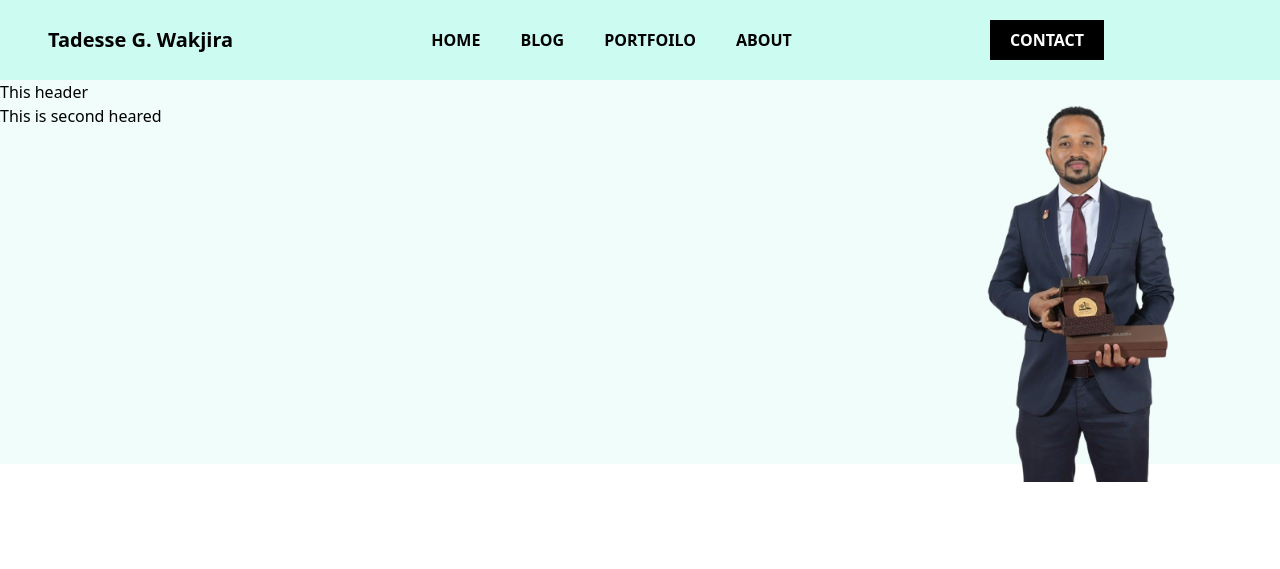
Repository: Elias-Kibret/Tade-portfoilo
Page: /
An editor plug-in stored every save of this project. The page is shown before and after the next save, followed by the edit.
The browser window is 1280 px wide. The pictures show the whole page.
The project was rebuilt for these pictures with package versions that can differ from the ones it lists, and the page was loaded fresh each time. The framework's server and built-in components were replaced by stand-ins that run in the browser. Also part of the build but not shown: next.config.js.

Above is the page before, as saved 2022-06-27 06:59:13.

### pages/index.tsx
import type { NextPage } from 'next'
import Head from 'next/head'
import Image from 'next/image'
import Header from '../components/Header'
import Hero from '../components/Hero'
const Home: NextPage = () => {
  return (
    <div>
      <Head>
        <title>Create Next App</title>
        <link rel="icon" href="/favicon.ico" />
      </Head>
      <Header/>
      <Hero/>
    </div>
  )
}

export default Home

### components/Header.tsx
import Head from "next/head"
import Link from "next/link"
import Image from "next/image"
import Logo from '../public/Img/Tadesse.jpg'
const Header = () => {
  return (
<header className=" bg-teal-100 font-semibold  px-12 py-5">
   <div className="flex justify-between items-center">
      <div className="flex items-center space-x-4">
    <span className="text-xl">Tadesse G. Wakjira</span>
      </div>
      <div className="flex justify-between">
        <nav className="flex list-none space-x-10  hidden md:inline-flex text-black-200">
            <li >
                <Link href="">
                    <a> HOME</a>
                </Link>
            </li>
            <li>
                <Link href="">
                    <a> BLOG</a>
                </Link>
            </li>
            <li>
                <Link href="">
                    <a> PORTFOILO</a>
                </Link>
            </li>
            <li>
                <Link href="">
                    <a> ABOUT</a>
                </Link>
            </li>

        </nav>

      </div>
      <div className="mr-32 bg-black text-white px-5 py-2 rounded-2">
        <Link href=""  >
                    <a> CONTACT</a>
                </Link>
        </div>
    </div>
</header>
  )
}

export default Header

### components/Hero.tsx
import heroImage from '../public/Img/heroImage.png'
import Image from 'next/image'
const Hero = () => {
  return (
<main className="h-96 bg-teal-50 flex justify-between">

    <div className=' w-100'>
      <h1>
        This header
      </h1>
      <h2>
         This is second heared
      </h2>
    </div>
    <div >
      <Image src={heroImage} className="object" width={400} height={400}/>    </div>
</main>
  )
}

export default Hero

Loaded but not shown: pages/_app.tsx (common file); styles/globals.css (common file); tailwind.config.js (common file)

After the next save:
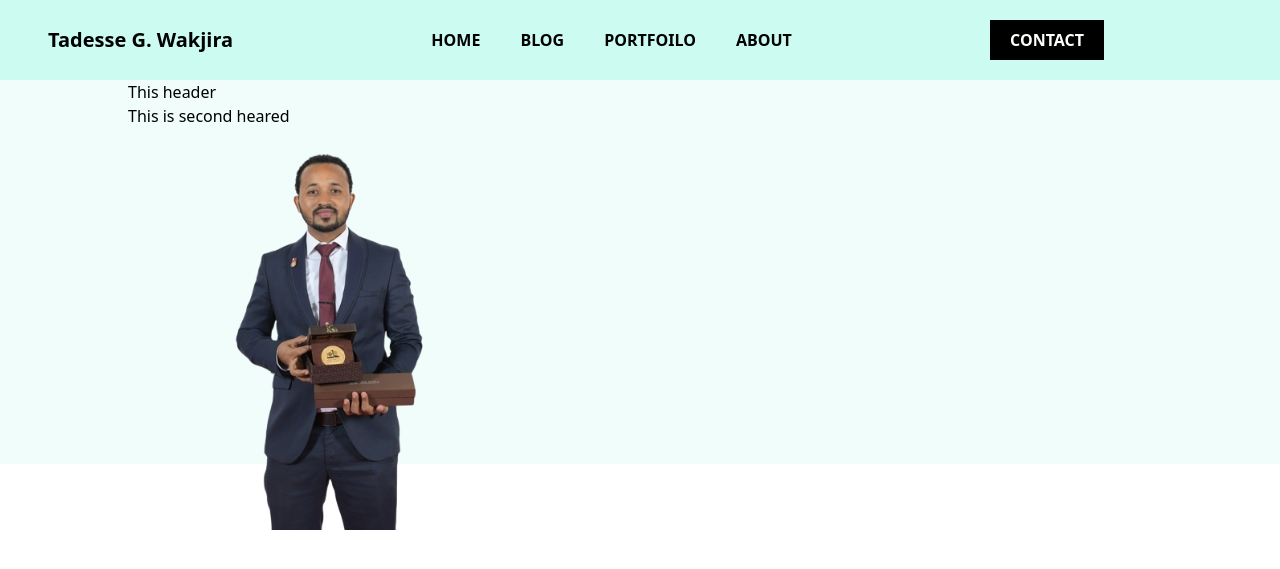
Saved 81 s later.
--- a/components/Hero.tsx
+++ b/components/Hero.tsx
@@ -3,8 +3,8 @@ import Image from 'next/image'
 const Hero = () => {
   return (
 <main className="h-96 bg-teal-50 flex justify-between">
-
-    <div className=' w-100'>
+<div className='w-4/5 mx-auto'>
+<div >
       <h1>
         This header
       </h1>
@@ -13,7 +13,10 @@ const Hero = () => {
       </h2>
     </div>
     <div >
-      <Image src={heroImage} className="object" width={400} height={400}/>    </div>
+      <Image src={heroImage} className="object" width={400} height={400}/>
+      </div>
+</div>
+
 </main>
   )
 }
